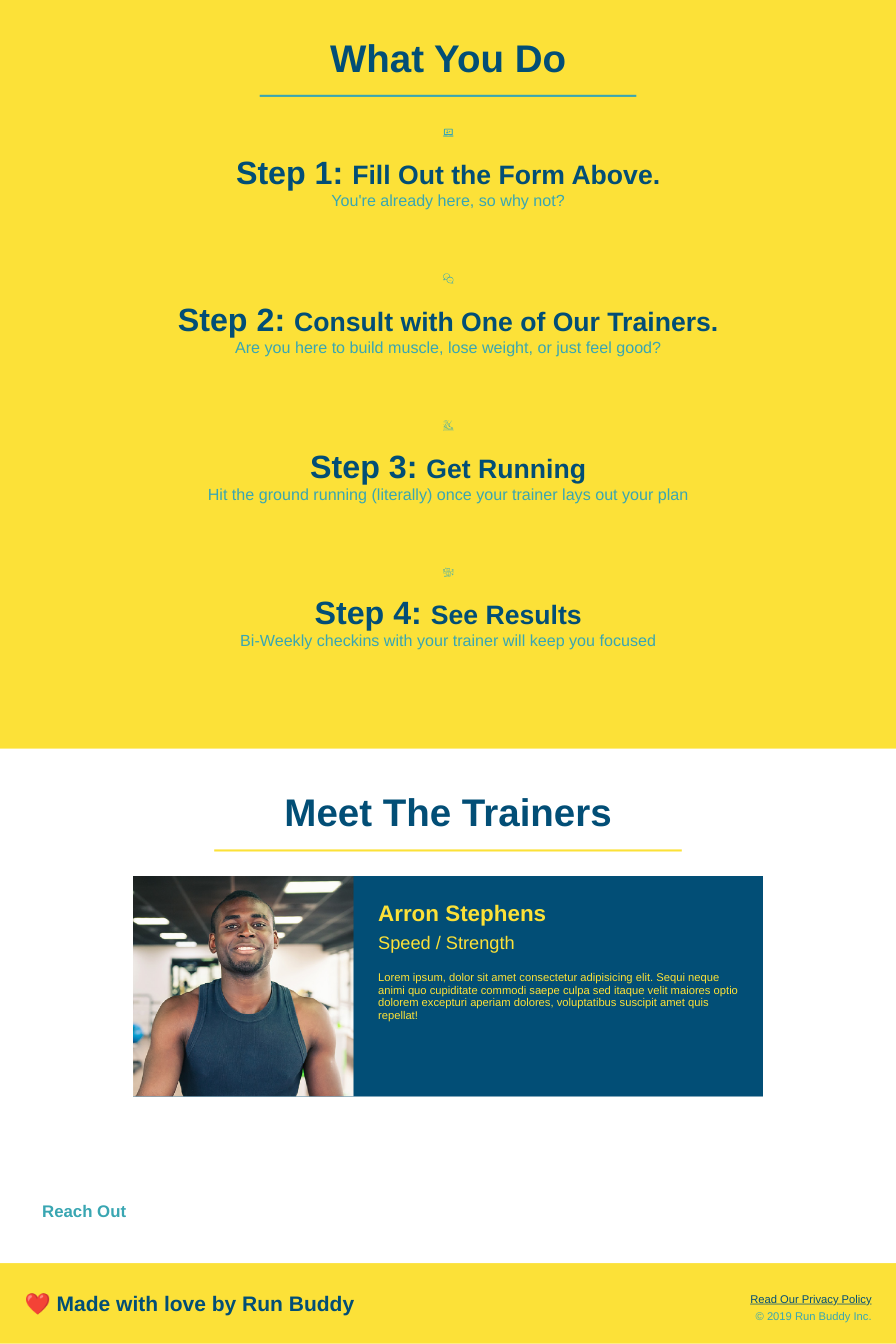
Repository: symlara/run-buddy
Page: index.html
These files come from the project's save history. The page is drawn as it stood at one moment and after a run of saves; the edit follows.
The browser window is 1280 px wide. The pictures show the part of the page from y = 1188 to 3108 px (the page is 3108 px tall), at 70% of full size.

Above is the page before, as saved 2020-12-10 14:34:37.

After the next 5 saves:
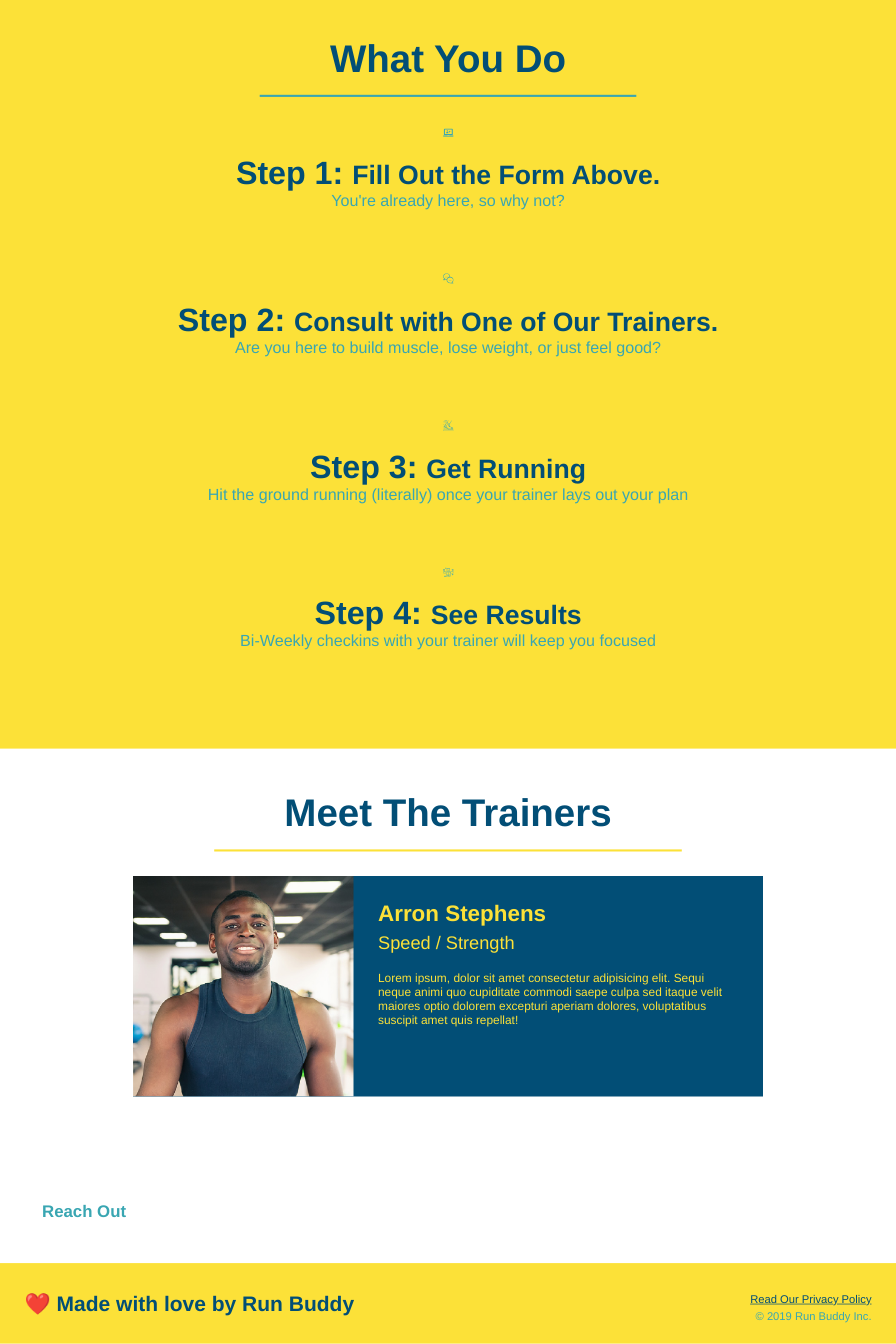
The 5 saves are shown as one change because they came seconds apart.
The last was saved 16 s later.
--- a/assets/css/style.css
+++ b/assets/css/style.css
@@ -234,7 +234,8 @@ section {
     margin-bottom: 25px;
 }
 
-.trainer-biop {
+.trainer-bio p {
+    font-size: 17px;
 
 }
 /* Your Trainers Section End */
